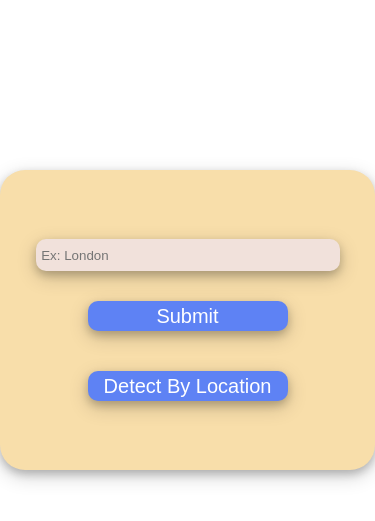
Repository: ahmedazawi/weather-app
Page: /
An editor plug-in stored every save of this project. The page is shown before and after a run of saves, followed by the edit.
The browser window is 375 px wide. The pictures show the whole page.
The project was rebuilt for these pictures with package versions that can differ from the ones it lists, and the page was loaded fresh each time. Also part of the build but not shown: src/layout/Header.js, src/assets/css/details.css, src/assets/data/ContextApi.js, src/assets/css/SevenDaysCards.css, src/components/card.js, src/components/SevenDaysCards.js, src/assets/data/Api.js, src/components/Map.js and 2 more.

Above is the page before, as saved 2022-11-30 22:56:40.

### src/App.js
import React, { useState, useEffect } from "react";
import "./App.css";
import Header from "./layout/Header";
import Details from "./components/Details";

import Store from "./assets/data/Store";
function App() {
  const [lat, setLat] = useState();
  const [long, setLong] = useState();
  const [located, setLocated] = useState(false);
  const [cityName, setCityName] = useState("");
  const [subCity, setSubCity] = useState();

  const inputHandler = (event) => {
    setCityName(event.target.value);
  };
  const clickHandler = () => {
    setSubCity(cityName);
  };
  const geolocationAPI = navigator.geolocation;
  const getUserCoordinates = () => {
    if (!geolocationAPI) {
      console.log("Geolocation API is not available in your browser!");
    } else {
      geolocationAPI.getCurrentPosition(
        (position) => {
          const { coords } = position;
          setLat(coords.latitude);
          setLong(coords.longitude);
          setLocated(true);
        },

        (error) => {
          console.log("Something went wrong getting your position!");
        }
      );
    }
  };

  if (!subCity && !located) {
    return (
      <div className="app-body">
        <div className="App">
          <div>
            <input
              type="text"
              className="form-control"
              name="cityName"
              onChange={inputHandler}
              value={cityName}
              placeholder=" Ex: London"
            />
            <button onClick={clickHandler} className="btn">
              Submit
            </button>
          </div>
          <button className="btn" onClick={getUserCoordinates}>
            Detect By Location
          </button>
        </div>
      </div>
    );
  }
  console.log(located);
  return (
    <div>
      <Header />
      <Store located={located} lat={lat} long={long} city={subCity}>
        <Details />
      </Store>
    </div>
  );
}

export default App;

### src/App.css
body {
  --primaryColor: #5e82f4;
  --secondaryColor: #ffffff;
  --borderRadius: 25px;
}

.nav {
  display: flex;
  align-items: center;
  height: 55px;
  background-color: var(--primaryColor);
}
.app-body {
  height: 100%;
  width: 100%;
  margin-top: 170px;
  display: flex;
  align-items: center;
  justify-content: center;
}
.App {
  display: flex;
  flex-direction: column;
  align-items: center;
  justify-content: center;
  height: 300px;
  width: 450px;
  background-color: #f8deaa;
  gap: 40px;
  border-radius: var(--borderRadius);

  -moz-box-shadow: 0 4px 8px 0 rgba(0, 0, 0, 0.2),
    0 6px 20px 0 rgba(0, 0, 0, 0.19);
  -o-box-shadow: 0 4px 8px 0 rgba(0, 0, 0, 0.2),
    0 6px 20px 0 rgba(0, 0, 0, 0.19);
  -webkit-box-shadow: 0 4px 8px 0 rgba(0, 0, 0, 0.2),
    0 6px 20px 0 rgba(0, 0, 0, 0.19);
  box-shadow: 0 4px 8px 0 rgba(0, 0, 0, 0.2), 0 6px 20px 0 rgba(0, 0, 0, 0.19);
  -moz-transition: all 0.4s ease-in-out;
  -o-transition: all 0.4s ease-in-out;
  -webkit-transition: all 0.4s ease-in-out;
  transition: all 0.4s ease-in-out;
}
.App:hover {
  -moz-box-shadow: 0 14px 18px 0 rgba(0, 0, 0, 0.2),
    0 16px 30px 0 rgba(0, 0, 0, 0.19);
  -o-box-shadow: 0 14px 18px 0 rgba(0, 0, 0, 0.2),
    0 16px 30px 0 rgba(0, 0, 0, 0.19);
  -webkit-box-shadow: 0 14px 18px 0 rgba(0, 0, 0, 0.2),
    0 16px 30px 0 rgba(0, 0, 0, 0.19);
  box-shadow: 0 14px 18px 0 rgba(0, 0, 0, 0.2),
    0 16px 30px 0 rgba(0, 0, 0, 0.19);
}
.App > div {
  display: flex;
  flex-direction: column;
  align-items: center;
  gap: 30px;
}
.App .btn {
  border: none;
  border-radius: 10px;
  color: var(--secondaryColor);
  background-color: var(--primaryColor);
  height: 30px;
  width: 200px;
  font-size: 20px;

  -moz-box-shadow: 0 4px 8px 0 rgba(0, 0, 0, 0.2),
    0 6px 20px 0 rgba(0, 0, 0, 0.19);
  -o-box-shadow: 0 4px 8px 0 rgba(0, 0, 0, 0.2),
    0 6px 20px 0 rgba(0, 0, 0, 0.19);
  -webkit-box-shadow: 0 4px 8px 0 rgba(0, 0, 0, 0.2),
    0 6px 20px 0 rgba(0, 0, 0, 0.19);
  box-shadow: 0 4px 8px 0 rgba(0, 0, 0, 0.2), 0 6px 20px 0 rgba(0, 0, 0, 0.19);
  -moz-transition: all 0.4s ease-in-out;
  -o-transition: all 0.4s ease-in-out;
  -webkit-transition: all 0.4s ease-in-out;
  transition: all 0.4s ease-in-out;
}
.App .btn:hover {
  -moz-box-shadow: 0 14px 18px 0 rgba(0, 0, 0, 0.2),
    0 16px 30px 0 rgba(0, 0, 0, 0.19);
  -o-box-shadow: 0 14px 18px 0 rgba(0, 0, 0, 0.2),
    0 16px 30px 0 rgba(0, 0, 0, 0.19);
  -webkit-box-shadow: 0 14px 18px 0 rgba(0, 0, 0, 0.2),
    0 16px 30px 0 rgba(0, 0, 0, 0.19);
  box-shadow: 0 14px 18px 0 rgba(0, 0, 0, 0.2),
    0 16px 30px 0 rgba(0, 0, 0, 0.19);
  cursor: pointer;
}
.App .form-control {
  background-color: #f1e1db;
  border: none;
  border-radius: 10px;
  height: 30px;
  width: 300px;

  -moz-box-shadow: 0 4px 8px 0 rgba(0, 0, 0, 0.2),
    0 6px 20px 0 rgba(0, 0, 0, 0.19);
  -o-box-shadow: 0 4px 8px 0 rgba(0, 0, 0, 0.2),
    0 6px 20px 0 rgba(0, 0, 0, 0.19);
  -webkit-box-shadow: 0 4px 8px 0 rgba(0, 0, 0, 0.2),
    0 6px 20px 0 rgba(0, 0, 0, 0.19);
  box-shadow: 0 4px 8px 0 rgba(0, 0, 0, 0.2), 0 6px 20px 0 rgba(0, 0, 0, 0.19);
  -moz-transition: all 0.4s ease-in-out;
  -o-transition: all 0.4s ease-in-out;
  -webkit-transition: all 0.4s ease-in-out;
  transition: all 0.4s ease-in-out;
}
.App .form-control:hover {
  -moz-box-shadow: 0 14px 18px 0 rgba(0, 0, 0, 0.2),
    0 16px 30px 0 rgba(0, 0, 0, 0.19);
  -o-box-shadow: 0 14px 18px 0 rgba(0, 0, 0, 0.2),
    0 16px 30px 0 rgba(0, 0, 0, 0.19);
  -webkit-box-shadow: 0 14px 18px 0 rgba(0, 0, 0, 0.2),
    0 16px 30px 0 rgba(0, 0, 0, 0.19);
  box-shadow: 0 14px 18px 0 rgba(0, 0, 0, 0.2),
    0 16px 30px 0 rgba(0, 0, 0, 0.19);
  cursor: pointer;
}

@media (max-width: 410px) {
}

Loaded but not shown: public/index.html (common file); src/index.js (common file); src/index.css (common file)

After the next 2 saves:
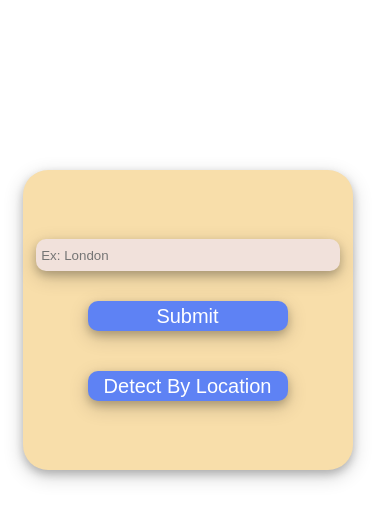
The 2 saves are shown as one change because they came seconds apart.
The last was saved 21 s later.
--- a/src/App.css
+++ b/src/App.css
@@ -121,4 +121,7 @@ body {
 }
 
 @media (max-width: 410px) {
+  .App {
+    width: 330px;
+  }
 }
